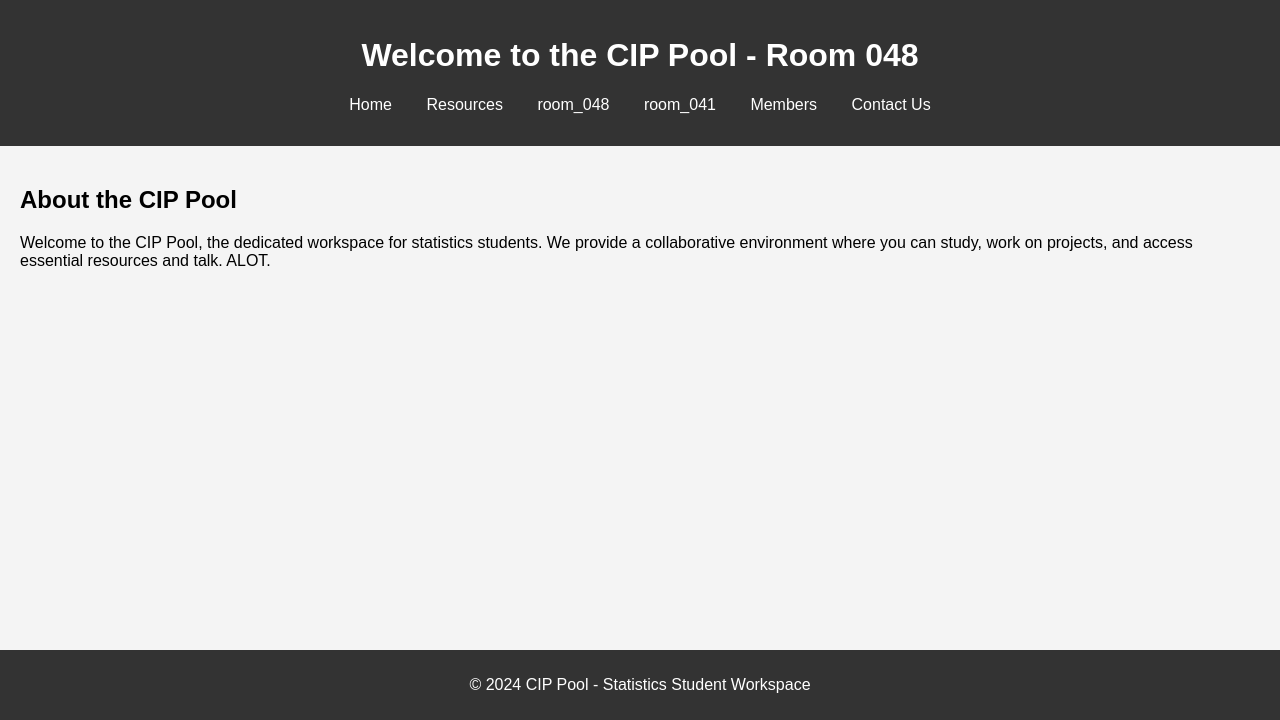
Repository: anjalisarawgi/cip_website
Page: index.html
The author's editor kept a copy of each file at every save. The page is drawn from the files as they stood at one save, then again after the next save.
The browser window is 1280 px wide. The pictures show the whole page.

Above is the page before, as saved 2024-06-14 12:44:37.

### index.html
<!DOCTYPE html>
<html lang="en">
<head>
    <meta charset="UTF-8">
    <meta name="viewport" content="width=device-width, initial-scale=1.0">
    <title>CIP Pool - Statistics Student Workspace</title>
    <link rel="stylesheet" href="styles.css">
</head>
<body>
    <header>
        <h1>Welcome to the CIP Pool - Room 048</h1>
        <nav>
            <ul>
                <li><a href="index.html">Home</a></li>
                <li><a href="resources.html">Resources</a></li>
                <li><a href="room_048.html">room_048</a></li>
                <li><a href="room_041.html">room_041</a></li>
                <li><a href="members.html">Members</a></li>
                <li><a href="contact.html">Contact Us</a></li>
            </ul>
        </nav>
    </header>
    <main>
        <section>
            <h2>About the CIP Pool</h2>
            <p>Welcome to the CIP Pool, the dedicated workspace for statistics students. We provide a collaborative environment where you can study, work on projects, and access essential resources and talk. ALOT.</p>
        </section>
    </main>
    <footer>
        <p>&copy; 2024 CIP Pool - Statistics Student Workspace</p>
    </footer>
</body>
</html>

### styles.css
body {
    font-family: Arial, sans-serif;
    margin: 0;
    padding: 0;
    background-color: #f4f4f4;
}

header {
    background-color: #333;
    color: white;
    padding: 1em 0;
    text-align: center;
}

nav ul {
    list-style-type: none;
    padding: 0;
}

nav ul li {
    display: inline;
    margin: 0 15px;
}

nav ul li a {
    color: white;
    text-decoration: none;
}

main {
    padding: 20px;
}

footer {
    background-color: #333;
    color: white;
    text-align: center;
    padding: 10px 0;
    position: fixed;
    bottom: 0;
    width: 100%;
}

section {
    margin-bottom: 20px;
}

.member {
    display: flex;
    align-items: center;
    margin-bottom: 20px;
}

.member-photo {
    border-radius: 50%;
    width: 150px;
    height: 150px;
    object-fit: cover;
    margin-bottom: 10px;
}


.member-info {
    display: flex;
    flex-direction: column;
}

.member-info h3 {
    margin: 0;
}

.members-grid {
    display: grid;
    grid-template-columns: repeat(auto-fit, minmax(200px, 1fr));
    gap: 20px;
}

.members-grid .member {
    flex-direction: column;
    align-items: center;
    text-align: center;
}

.members-grid .member-photo {
    width: 150px;
    height: 150px;
    margin-bottom: 10px;
}

.members-grid .member-info {
    align-items: center;
}

After the next save:
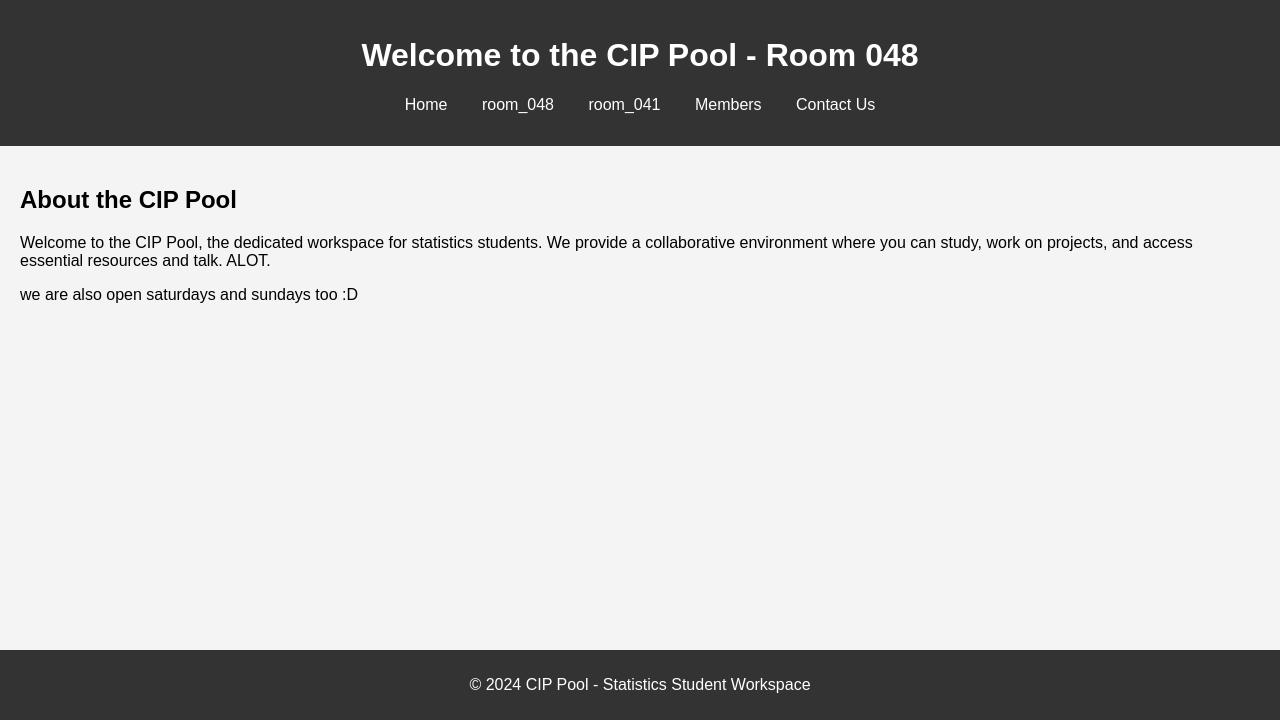
Saved 47 s later.
--- a/index.html
+++ b/index.html
@@ -12,7 +12,6 @@
         <nav>
             <ul>
                 <li><a href="index.html">Home</a></li>
-                <li><a href="resources.html">Resources</a></li>
                 <li><a href="room_048.html">room_048</a></li>
                 <li><a href="room_041.html">room_041</a></li>
                 <li><a href="members.html">Members</a></li>
@@ -24,7 +23,10 @@
         <section>
             <h2>About the CIP Pool</h2>
             <p>Welcome to the CIP Pool, the dedicated workspace for statistics students. We provide a collaborative environment where you can study, work on projects, and access essential resources and talk. ALOT.</p>
+            <p> we are also open saturdays and sundays too :D</p>
+
         </section>
+
     </main>
     <footer>
         <p>&copy; 2024 CIP Pool - Statistics Student Workspace</p>
